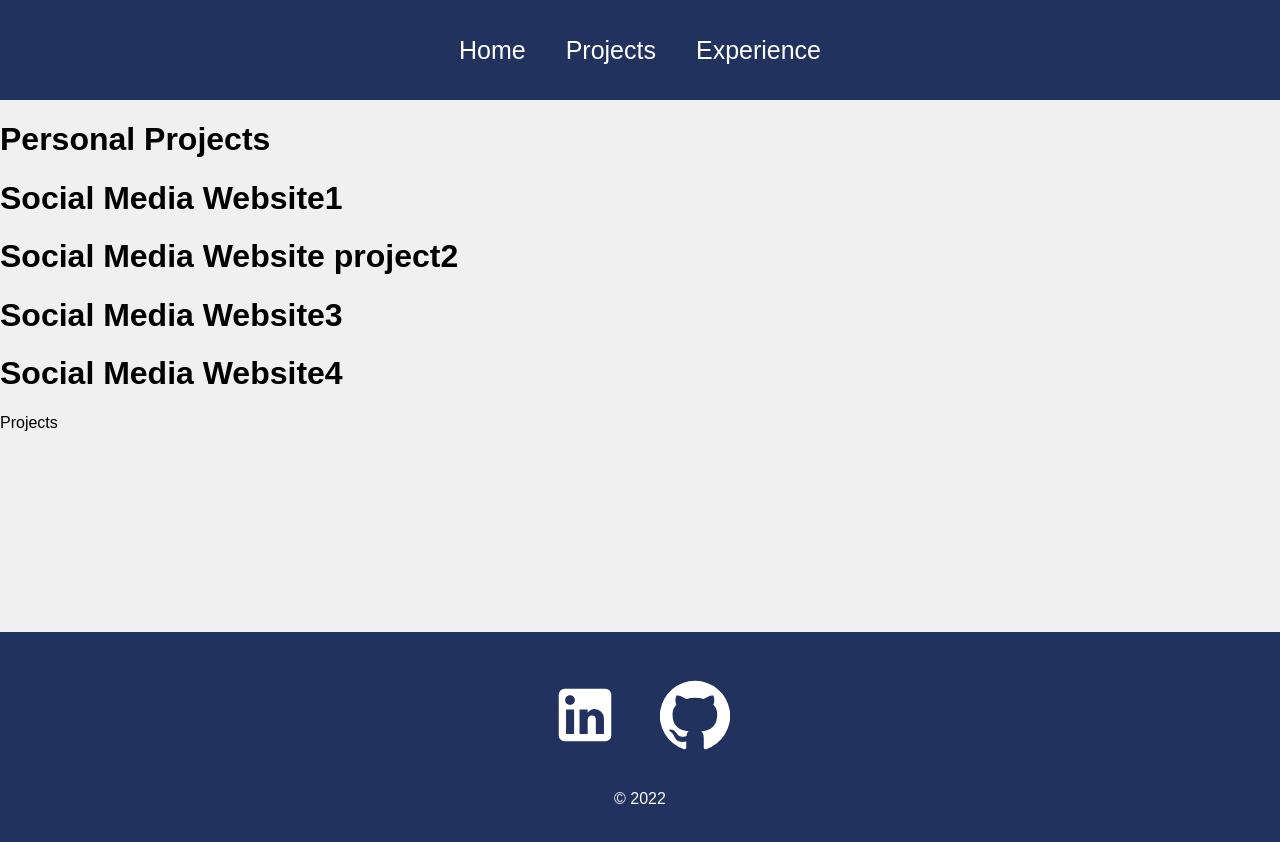
Repository: mireu-san/jw-personal-page
Page: /projects
An editor plug-in stored every save of this project. The page is shown before and after the next save, followed by the edit.
The browser window is 1280 px wide. The pictures show the whole page.
Pictures or frames that could not be fetched are drawn as grey boxes. The project was rebuilt for these pictures with package versions that can differ from the ones it lists, and the page was loaded fresh each time. Also part of the build but not shown: src/styles/Home.css, src/pages/Home.js, src/pages/Experience.js, src/styles/Project.css.

Above is the page before, as saved 2022-11-09 17:56:07.

### src/App.js
import "./App.css";
import { BrowserRouter as Router, Routes, Route } from "react-router-dom";
import Home from "./pages/Home";
import Experience from "./pages/Experience";
import Projects from "./pages/Projects";
import Navbar from "./components/Navbar";
import Footer from "./components/Footer";

function App() {
  return (
    <div className="App">
      <Router>
        {/* #1 차이점? */}
        <Navbar />
        <Routes>
          <Route path="/" element={<Home />} />
          <Route path="/projects" element={<Projects />} />
          <Route path="/experience" element={<Experience />} />
        </Routes>
        <Footer />
      </Router>
    </div>
  );
}

export default App;

### src/App.css
/* recommended default setting */
/* .App {
  text-align: center;
}

body {
  padding: 0;
  margin: 0;
} */


/* end of recommended default setting */

.App {
  width: 100%;
  height: auto;
  display: flex;
  flex-direction: column;
  font-family: Arial, Helvetica, sans-serif;
  background-color: #f0f0f0;
}

body {
  padding: 0;
  margin: 0;
}

### src/pages/Projects.js
import React from "react";
import ProjectItem from "../components/ProjectItem";
import Picture1 from "../assets/picture1.jpg";
import Picture2 from "../assets/picture2.jpg";
import Picture3 from "../assets/picture3.jpg";
import Picture4 from "../assets/picture4.jpg";
import { ProjectList } from "../helpers/ProjectList";

import "../styles/Project.css";

function Projects() {
  return (
    <div className="projects">
      <h1>Personal Projects</h1>
      <div className="projectList">
        <ProjectItem name="Social Media Website1" image={Picture1} />
        <ProjectItem name="Social Media Website project2" image={Picture2} />
        <ProjectItem name="Social Media Website3" image={Picture3} />
        <ProjectItem name="Social Media Website4" image={Picture4} />
      </div>
      Projects
    </div>
  );
}

export default Projects;

### src/components/Navbar.js
import React, { useEffect, useState } from "react";
import { Link, useLocation } from "react-router-dom";
import "../styles/Navbar.css";
import ReorderIcon from "@material-ui/icons/Reorder";

function Navbar() {
  const [expandNavbar, setExpandNavbar] = useState(false);

  // to let it close when user click mobile menu category
  const location = useLocation();

  useEffect(() => {
    setExpandNavbar(false);
  }, [location]);

  return (
    <div className="navbar" id={expandNavbar ? "open" : "close"}>
      <div className="toggleButton">
        {/* toggle button for mobile */}
        <button
          onClick={() => {
            setExpandNavbar((prev) => !prev);
          }}
        >
          <ReorderIcon />
        </button>
      </div>
      <div className="links">
        <Link to="/"> Home </Link>
        <Link to="/projects"> Projects </Link>
        <Link to="/experience"> Experience </Link>
      </div>
    </div>
  );
}

export default Navbar;

### src/components/Footer.js
import React from "react";
import LinkedInIcon from "@material-ui/icons/LinkedIn";
import GithubIcon from "@material-ui/icons/GitHub";
import "../styles/Footer.css";

function Footer() {
  return (
    <div className="footer">
      <div className="socialMedia">
        <LinkedInIcon />
        <GithubIcon />
      </div>
      <p> &copy; 2022 </p>
    </div>
  );
}

export default Footer;

### src/components/ProjectItem.js
import React from "react";

function ProjectItem({ image, name }) {
  return (
    <div className="projectItem">
      <div style={{ backgroundImage: `url(${image})` }} className="bgImage" />
      <h1> {name} </h1>
    </div>
  );
}

export default ProjectItem;

### src/helpers/ProjectList.js
import Picture1 from "../assets/picture1.jpg";
import Picture2 from "../assets/picture2.jpg";
import Picture3 from "../assets/picture3.jpg";
import Picture4 from "../assets/picture4.jpg";

export const ProjectList = [
  {
    name: "test1",
    image: Picture1,
  },
  {
    name: "test2",
    image: Picture2,
  },
  {
    name: "test3",
    image: Picture3,
  },
  {
    name: "test4",
    image: Picture4,
  },
];

### src/styles/Navbar.css
.navbar {
    width: 100%;
    height: 100px;
    background: #21325e;
  }

  .links {
    width: 100%;
    height: 100%;
    display: flex;
    align-items: center;
    justify-content: center;
    color: white;
  }

  .navbar a {
    color: white;
    text-decoration: none;
    margin: 20px;
    font-size: 25px;
  }

  .toggleButton {
    width: 100%;
    height: 100px;
    display: flex;
    align-items: center;
    justify-content: flex-end;
  }

  .toggleButton svg {
    font-size: 50px;
  }

  /* toggle button for mobile */
  .toggleButton button {
    margin-right: 20px;
    background-color: transparent;
    border: none;
    color: white;
    cursor: pointer;
  }

  #open {
    height: 100vh;
  }

  #open .links {
    flex-direction: column;
    justify-content: flex-start;
    margin-top: 100px;
  }

  #open a {
    width: 100%;
    text-align: center;
  }

  @media only screen and (max-width: 900px) {
    .navbar a {
      width: 70px;
    }
  }

  @media only screen and (max-width: 600px) {
    .toggleButton {
      display: flex;
    }
    #close a {
      display: none;
    }
  }

  @media only screen and (min-width: 600px) {
    .toggleButton {
      display: none;
    }

    .hiddenLinks {
      display: none;
    }

    #open {
      height: 100px;
    }

    #open .links {
      flex-direction: row;
    }
  }

Loaded but not shown: public/index.html (common file); src/index.js (common file); src/reportWebVitals.js (common file); src/styles/Footer.css (common file)

After the next save:
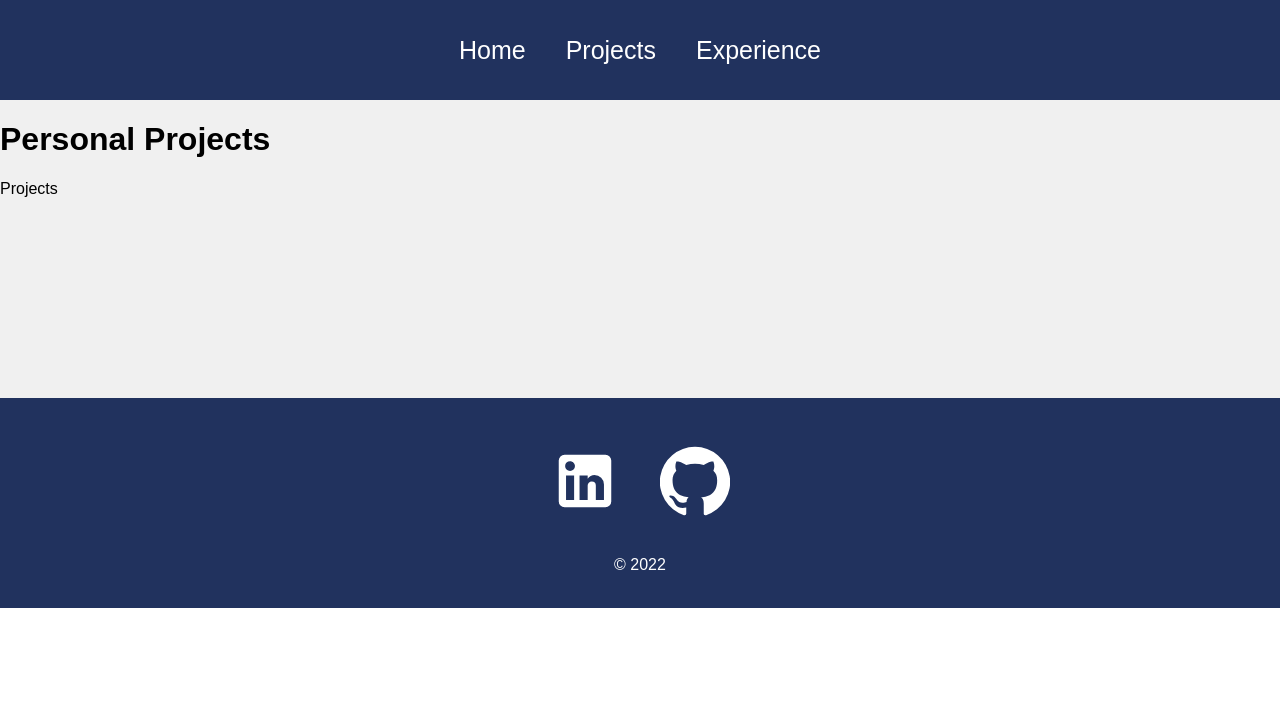
Saved 36 s later.
--- a/src/pages/Projects.js
+++ b/src/pages/Projects.js
@@ -13,10 +13,9 @@
     <div className="projects">
       <h1>Personal Projects</h1>
       <div className="projectList">
-        <ProjectItem name="Social Media Website1" image={Picture1} />
-        <ProjectItem name="Social Media Website project2" image={Picture2} />
-        <ProjectItem name="Social Media Website3" image={Picture3} />
-        <ProjectItem name="Social Media Website4" image={Picture4} />
+        {ProjectList.map(() => {
+          return <ProjectItem />;
+        })}
       </div>
       Projects
     </div>

After the 2 saves that followed:
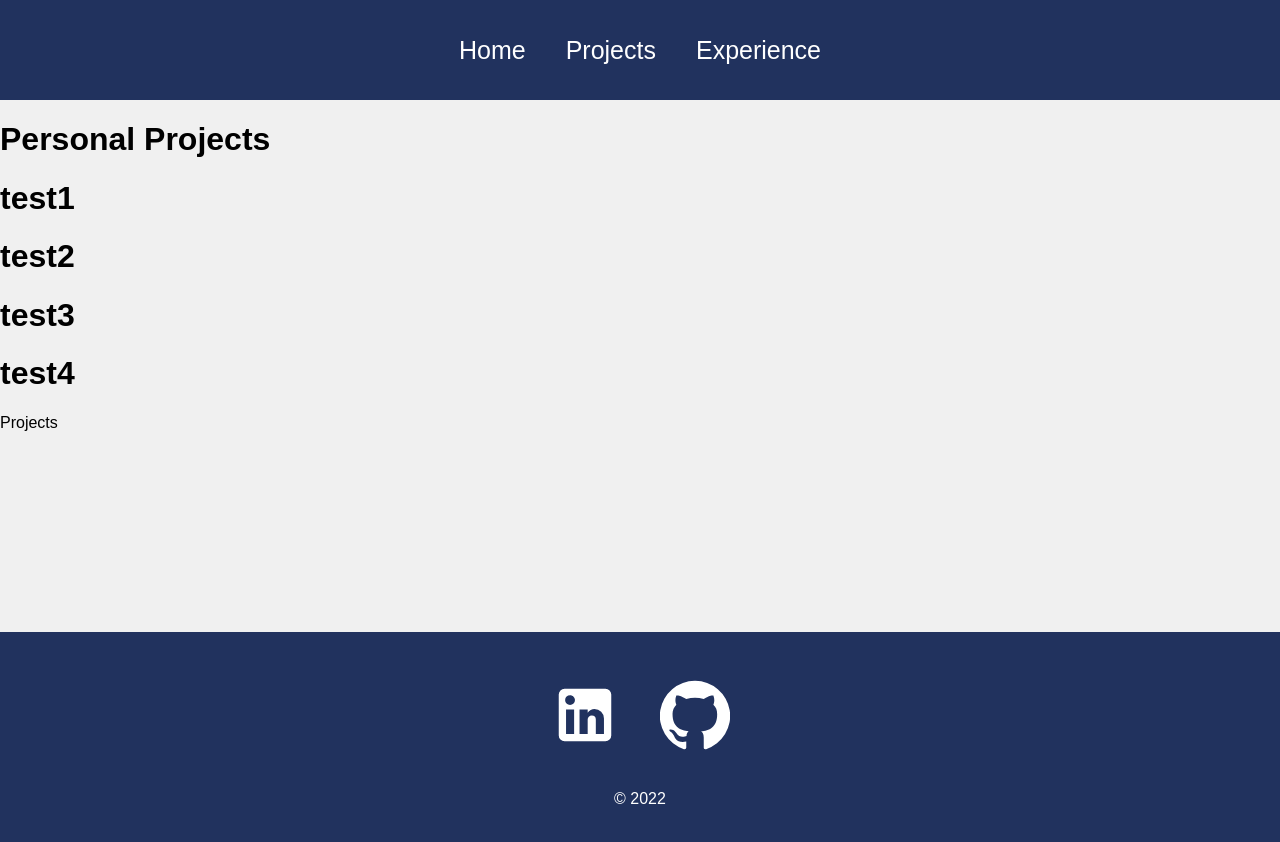
The 2 saves are shown as one change because 1 left the picture as it was.
The last was saved 24 s later.
--- a/src/pages/Projects.js
+++ b/src/pages/Projects.js
@@ -13,8 +13,8 @@
     <div className="projects">
       <h1>Personal Projects</h1>
       <div className="projectList">
-        {ProjectList.map(() => {
-          return <ProjectItem />;
+        {ProjectList.map((project) => {
+          return <ProjectItem name={project.name} image={project.image} />;
         })}
       </div>
       Projects
